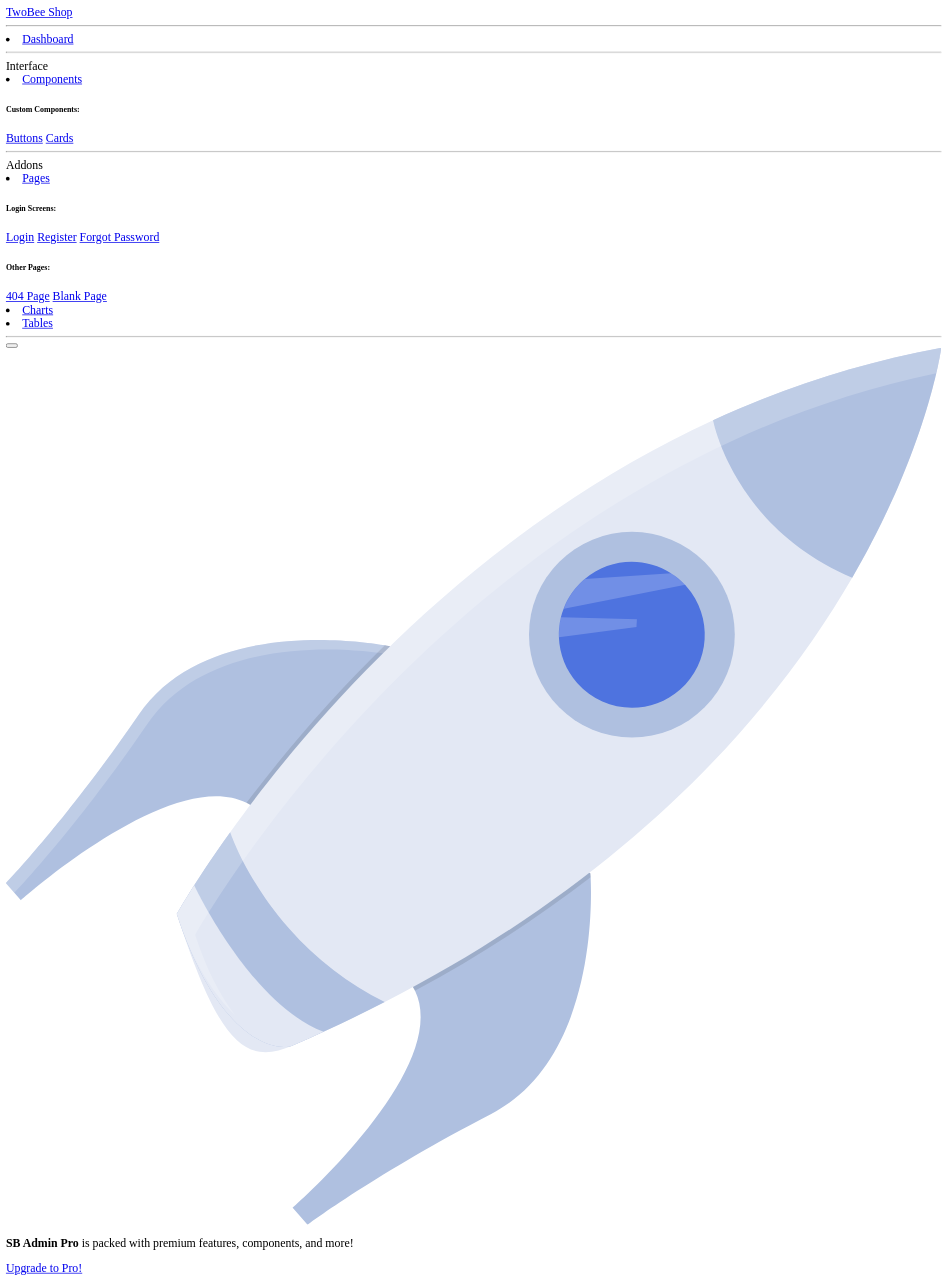
Repository: tuandh111/Java-6-asm
Page: Front-end/Java6_asm_/component/admin/sidebar.html
The author's editor kept a copy of each file at every save. The page is drawn from the files as they stood at one save, then again after the next save.
The browser window is 1280 px wide. The pictures show the whole page, at 74% of full size.

Above is the page before, as saved 2024-03-30 19:21:44.

### Front-end/Java6_asm_/component/admin/sidebar.html
<!-- Sidebar -->


<!-- Sidebar - Brand -->
<a class="sidebar-brand d-flex align-items-center justify-content-center" href="#!/admin">
    <div class="sidebar-brand-icon rotate-n-15">
        <i class="fas fa-laugh-wink"></i>
    </div>
    <div class="sidebar-brand-text mx-3">TwoBee Shop <sup></sup></div>
</a>

<!-- Divider -->
<hr class="sidebar-divider my-0">

<!-- Nav Item - Dashboard -->
<li class="nav-item active">
    <a class="nav-link" href="#!/admin">
        <i class="fas fa-fw fa-tachometer-alt"></i>
        <span>Dashboard</span></a>
</li>

<!-- Divider -->
<hr class="sidebar-divider">

<!-- Heading -->
<div class="sidebar-heading">
    Interface
</div>

<!-- Nav Item - Pages Collapse Menu -->
<li class="nav-item">
    <a class="nav-link collapsed" href="#" data-toggle="collapse" data-target="#collapseTwo" aria-expanded="true"
        aria-controls="collapseTwo" onclick="event.preventDefault()">
        <i class="fas fa-fw fa-cog"></i>
        <span>Components</span>
    </a>
    <div id="collapseTwo" class="collapse" aria-labelledby="headingTwo" data-parent="#accordionSidebar">
        <div class="bg-white py-2 collapse-inner rounded">
            <h6 class="collapse-header">Custom Components:</h6>
            <a class="collapse-item" href="#!/admin/buttons">Buttons</a>
            <a class="collapse-item" href="#!/admin/cards">Cards</a>
        </div>
    </div>
</li>


<!-- Divider -->
<hr class="sidebar-divider">

<!-- Heading -->
<div class="sidebar-heading">
    Addons
</div>

<!-- Nav Item - Pages Collapse Menu -->
<li class="nav-item">
    <a class="nav-link collapsed" href="#" data-toggle="collapse" data-target="#collapsePages" aria-expanded="true"
        aria-controls="collapsePages" onclick="event.preventDefault()">
        <i class="fas fa-fw fa-folder"></i>
        <span>Pages</span>
    </a>
    <div id="collapsePages" class="collapse" aria-labelledby="headingPages" data-parent="#accordionSidebar">
        <div class="bg-white py-2 collapse-inner rounded">
            <h6 class="collapse-header">Login Screens:</h6>
            <a class="collapse-item" href="#!/admin/login">Login</a>
            <a class="collapse-item" href="#!/admin/register">Register</a>
            <a class="collapse-item" href="#!/admin/forgot-password">Forgot Password</a>
            <div class="collapse-divider"></div>
            <h6 class="collapse-header">Other Pages:</h6>
            <a class="collapse-item" href="#!/admin/404">404 Page</a>
            <a class="collapse-item" href="#!/admin/blank">Blank Page</a>
        </div>
    </div>
</li>

<!-- Nav Item - Charts -->
<li class="nav-item">
    <a class="nav-link" href="#!/admin/charts">
        <i class="fas fa-fw fa-chart-area"></i>
        <span>Charts</span></a>
</li>

<!-- Nav Item - Tables -->
<li class="nav-item">
    <a class="nav-link" href="#!/admin/tables">
        <i class="fas fa-fw fa-table"></i>
        <span>Tables</span></a>
</li>

<!-- Divider -->
<hr class="sidebar-divider d-none d-md-block">

<!-- Sidebar Toggler (Sidebar) -->
<div class="text-center d-none d-md-inline">
    <button class="rounded-circle border-0" id="sidebarToggle"></button>
</div>

<!-- Sidebar Message -->
<div class="sidebar-card d-none d-lg-flex">
    <img class="sidebar-card-illustration mb-2" src="../../assets/admin/img/undraw_rocket.svg" alt="...">
    <p class="text-center mb-2"><strong>SB Admin Pro</strong> is packed with premium features, components,
        and more!</p>
    <a class="btn btn-success btn-sm" href="https://startbootstrap.com/theme/sb-admin-pro">Upgrade to
        Pro!</a>
</div>
<!-- End of Sidebar -->

After the next save:
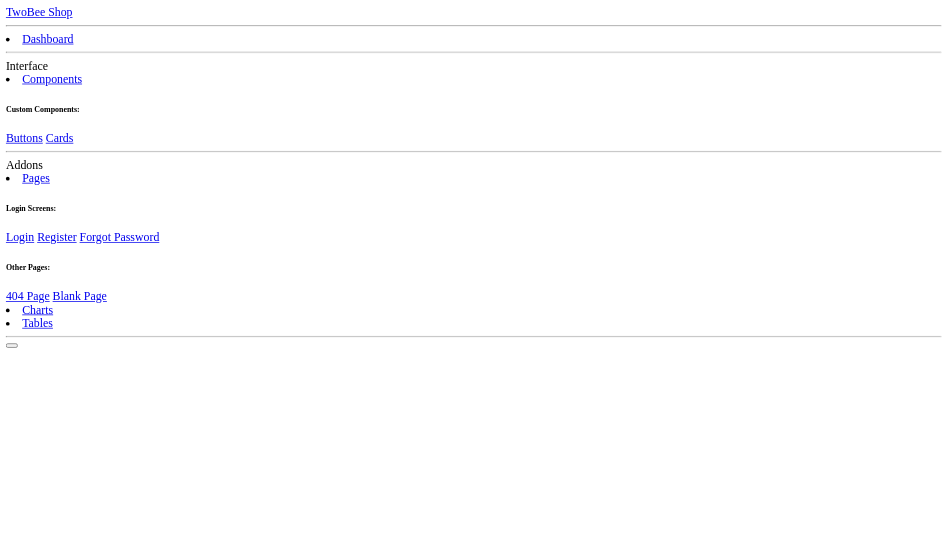
Saved 15 min 30 s later.
--- a/Front-end/Java6_asm_/component/admin/sidebar.html
+++ b/Front-end/Java6_asm_/component/admin/sidebar.html
@@ -96,11 +96,11 @@
 </div>
 
 <!-- Sidebar Message -->
-<div class="sidebar-card d-none d-lg-flex">
+<!-- <div class="sidebar-card d-none d-lg-flex">
     <img class="sidebar-card-illustration mb-2" src="../../assets/admin/img/undraw_rocket.svg" alt="...">
     <p class="text-center mb-2"><strong>SB Admin Pro</strong> is packed with premium features, components,
         and more!</p>
     <a class="btn btn-success btn-sm" href="https://startbootstrap.com/theme/sb-admin-pro">Upgrade to
         Pro!</a>
-</div>
+</div> -->
 <!-- End of Sidebar -->
